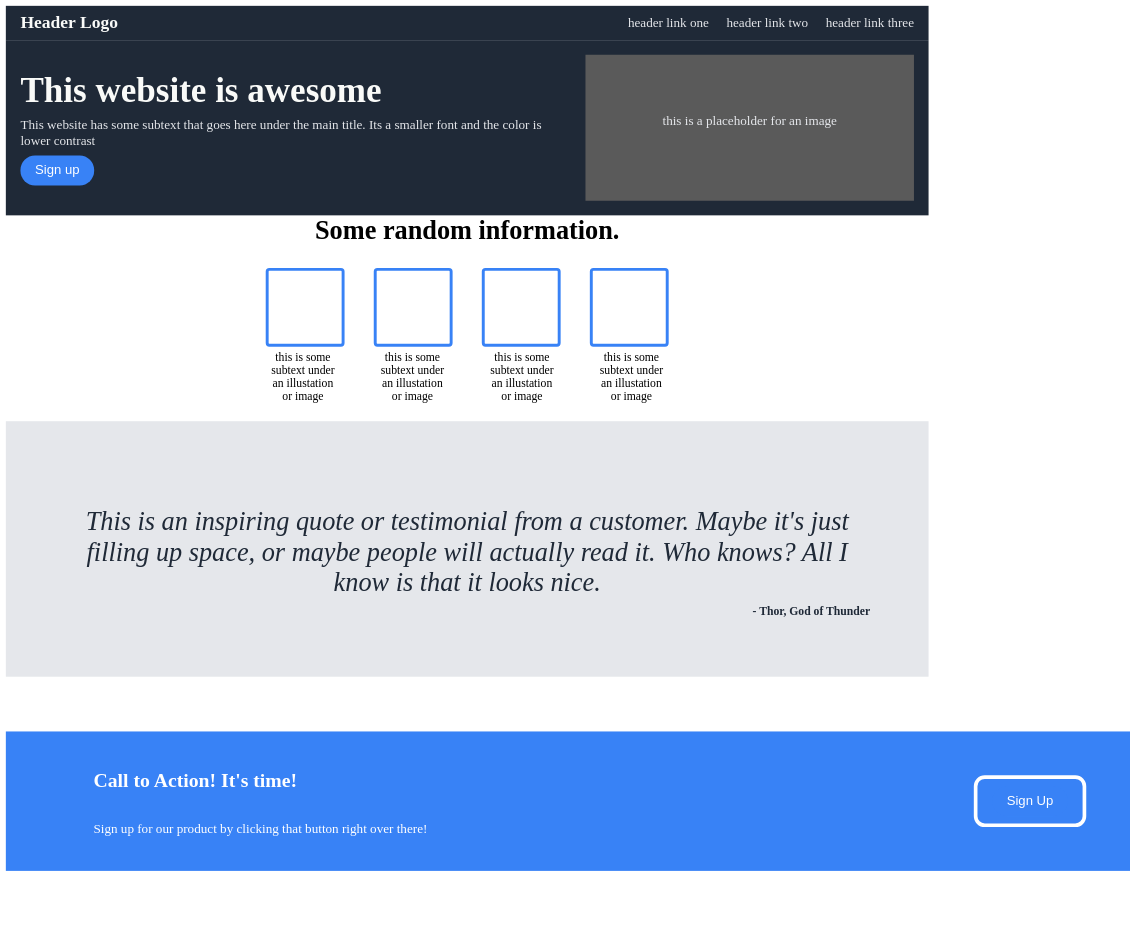
Repository: mnhardy1504/odin-recipes1
Page: flexboxlanding/index.html
The author's editor kept a copy of each file at every save. The page is drawn from the files as they stood at one save, then again after the next save.
The browser window is 1280 px wide. The page is 1548 px wide, so the pictures cover 1548 px, including what lies to the right of the window. The pictures show the whole page, at 73% of full size.

Above is the page before, as saved 2023-09-15 14:42:32.

After the next save:
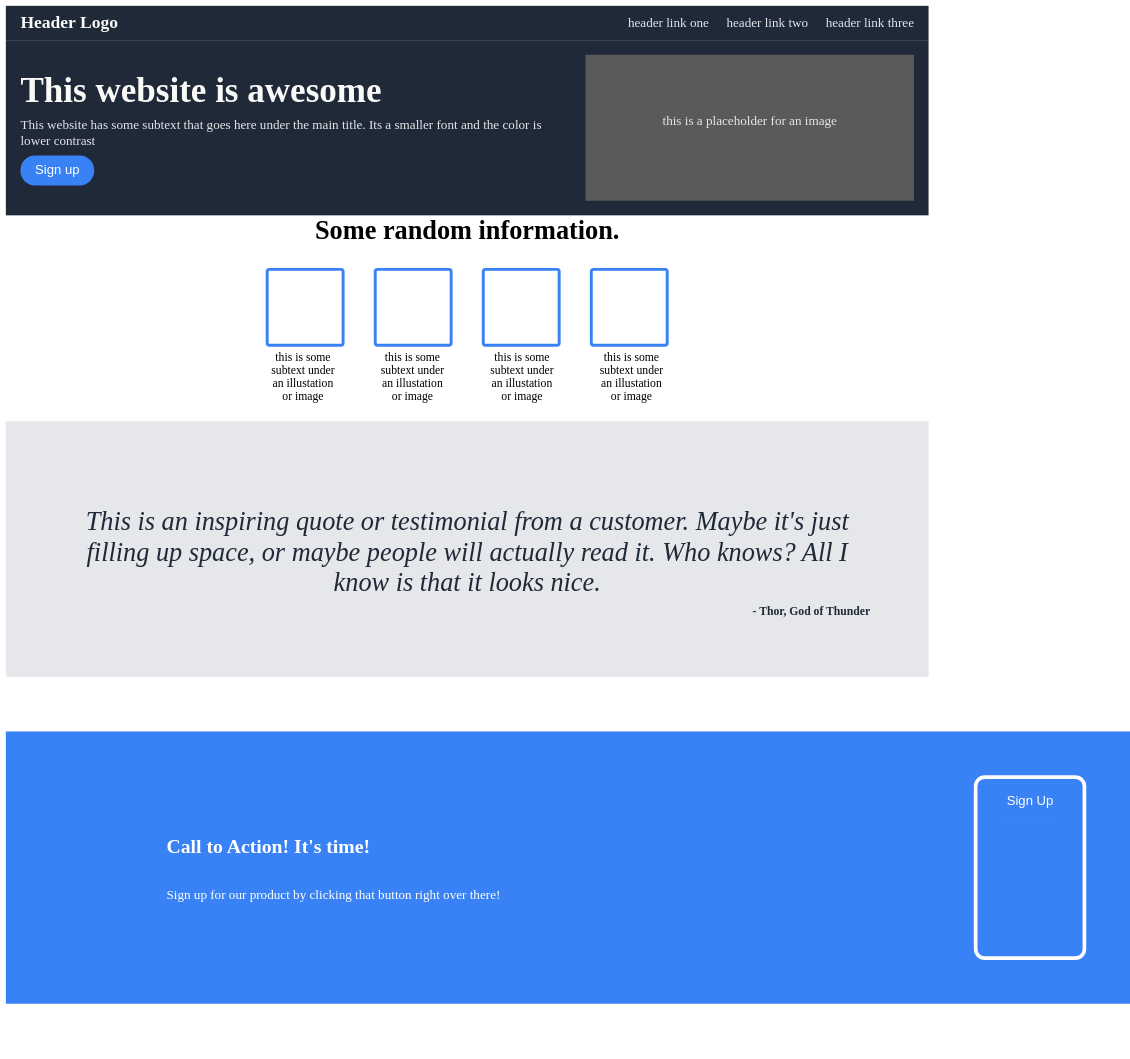
Saved 74 s later.
--- a/flexboxlanding/index.css
+++ b/flexboxlanding/index.css
@@ -145,6 +145,7 @@ h1 {
     flex-direction: column; /* Stack items vertically */
     align-items: left; /* Center items horizontally */
     justify-content: center; /* Center items vertically */
+    padding: 100px;
     margin-left: 100px ;
     max-width: 1200px;
     font-size: 18px;
